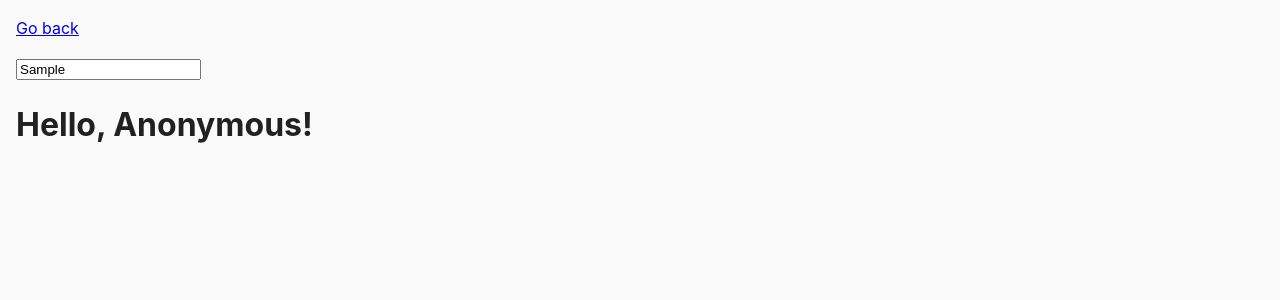
Repository: anyakobtseva/goit-js-hw-07
Page: task-03.html
An editor plug-in stored every save of this project. The page is shown before and after the next save, followed by the edit.
The browser window is 1280 px wide. The pictures show the whole page.
Empty fields were first filled with sample values (such as "Sample", 5 or name@example.com).
After loading, the first visible `#name-input` was changed once.

Above is the page before, as saved 2023-12-03 18:40:55.

After the next save:
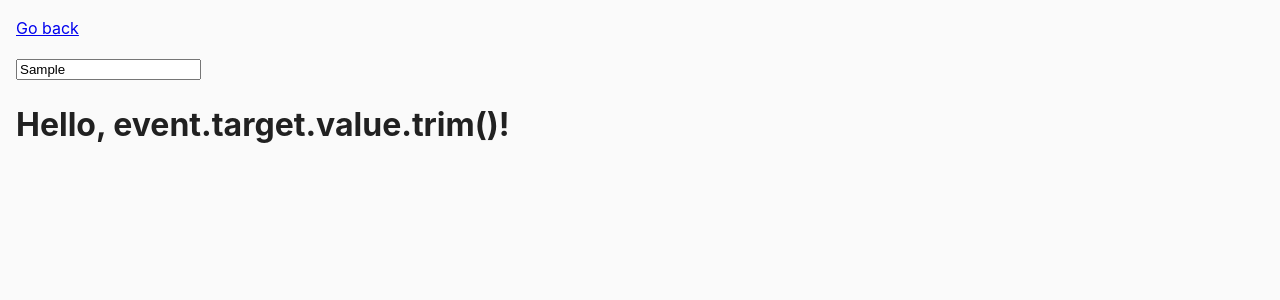
Saved 55 s later.
--- a/js/task-03.js
+++ b/js/task-03.js
@@ -2,7 +2,7 @@
 const outputEl = document.querySelector('#name-output');
 
 inputEl.addEventListener('input', (event) => {
-    outputEl.textContent.replace(outputEl.textContent, 'event.target.value.trim()')
+    outputEl.textContent= outputEl.textContent.replace(outputEl.textContent, 'event.target.value.trim()')
     console.log(outputEl.textContent)
     // console.log(event.target.value.trim())
 })
